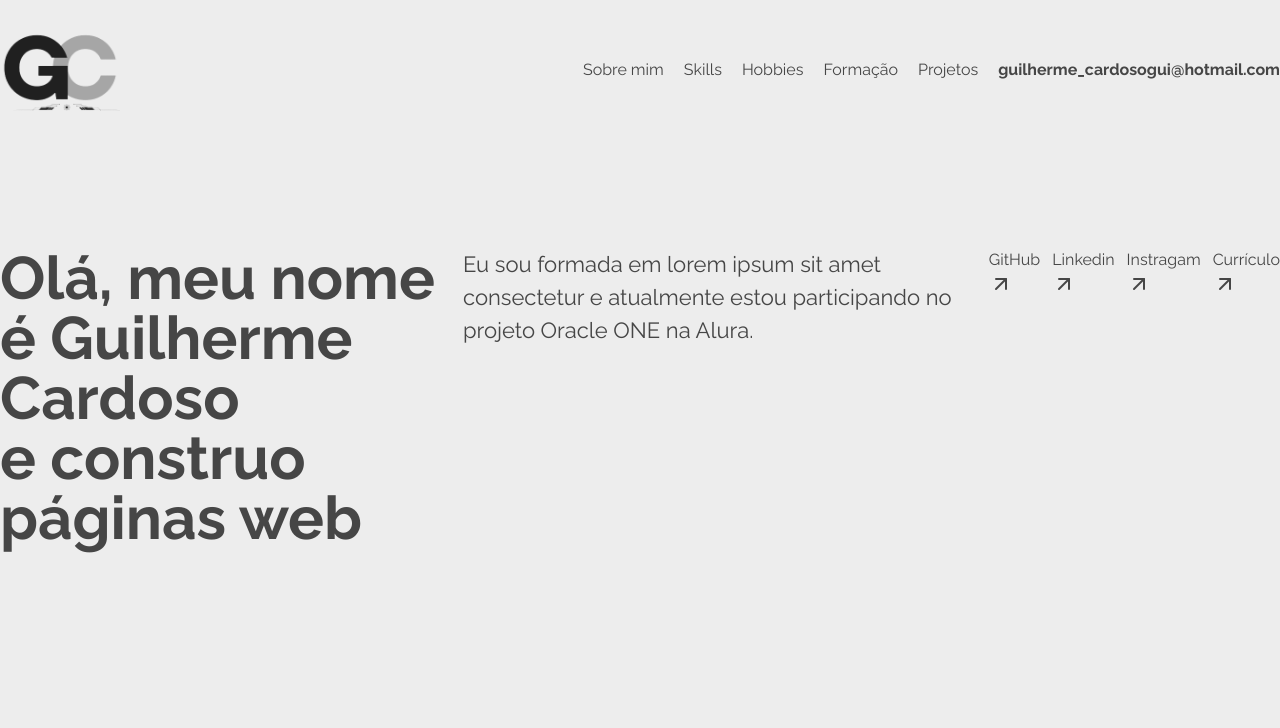
Repository: guilhermecardoso93/portfolio-alura-desafio
Page: /
These files come from the project's save history. The page is drawn as it stood at one moment and after the next save; the edit follows.
The browser window is 1280 px wide. The pictures show the whole page.
The project was rebuilt for these pictures with package versions that can differ from the ones it lists, and the page was loaded fresh each time. Also part of the build but not shown: vite.config.js.

Above is the page before, as saved 2024-04-06 20:10:37.

### index.html
<!DOCTYPE html>
<html lang="en">
  <head>
    <meta charset="UTF-8" />
    <link rel="icon" type="image/png" href="/logo.png" />
    <link rel="preconnect" href="https://fonts.googleapis.com" />
    <link rel="preconnect" href="https://fonts.gstatic.com" crossorigin />
    <link
      href="https://fonts.googleapis.com/css2?family=Inter:wght@400;500;600;700&family=Raleway:ital,wght@0,100..900;1,100..900&display=swap"
      rel="stylesheet"
    />
    <meta name="viewport" content="width=device-width, initial-scale=1.0" />
    <title>Alura Desafio</title>
  </head>
  <body class="bg-[#EDEDED] text-[#464646] antialiased">
    <div id="root"></div>
    <script type="module" src="/src/main.jsx"></script>
  </body>
</html>

### src/App.jsx
import { Hero } from "./components/hero";
import { Navbar } from "./components/navbar";

export function App() {
  return (
    <div className="max-w-[1416px] mx-auto py-5">
      <Navbar />
      <Hero />
    </div>
  );
}

### src/components/hero.jsx
import { ArrowUpRight } from "lucide-react";

export function Hero() {
  return (
    <main className="py-32">
      <div className="flex gap-7">
        <h1 className="text-6xl font-bold pb-8">
          Olá, meu nome é Guilherme Cardoso
          <br /> e construo páginas web
        </h1>
        <span className="font-normal text-[22px]">
          Eu sou formada em lorem ipsum sit amet consectetur e atualmente estou
          participando no projeto Oracle ONE na Alura.
        </span>
        <ul className="flex flex-row gap-3">
          <li>
            <a>
              GitHub
              <ArrowUpRight />
            </a>
          </li>
          <li>
            <a>
              Linkedin
              <ArrowUpRight />
            </a>
          </li>
          <li>
            <a>
              Instragam
              <ArrowUpRight />
            </a>
          </li>
          <li>
            <a>
              Currículo
              <ArrowUpRight />
            </a>
          </li>
        </ul>
      </div>
      <img src="" alt="" />
    </main>
  );
}

### src/components/navbar.jsx
import Logo from "../assets/logo.png";

export function Navbar() {
  return (
    <nav className="w-full flex flex-row justify-between itens-center">
      <img src={Logo} alt="logotipo GC" className="w-[120px] h-[100px]" />
      <ul className="flex items-center gap-5">
        <li>
          <a href="/">Sobre mim</a>
        </li>
        <li>
          <a href="/">Skills</a>
        </li>
        <li>
          <a href="/">Hobbies</a>
        </li>
        <li>
          <a href="/">Formação</a>
        </li>
        <li>
          <a href="/">Projetos</a>
        </li>
        <li className="font-bold">
          <a href="/">guilherme_cardosogui@hotmail.com</a>
        </li>
      </ul>
    </nav>
  );
}

### tailwind.config.js
/** @type {import('tailwindcss').Config} */
export default {
  content: ["./index.html", "./src/**/*.{js,ts,jsx,tsx}"],
  theme: {
    extend: {},
    fontFamily: {
      sans: ['"Raleway"', "system-ui"],
      serif: ["ui-serif", "Georgia"],
      mono: ["ui-monospace", "SFMono-Regular"],
      display: ["Oswald"],
      body: ['"Open Sans"'],
    },
  },
  plugins: [],
};

Loaded but not shown: src/main.jsx (common file); src/index.css (common file)

After the next save:
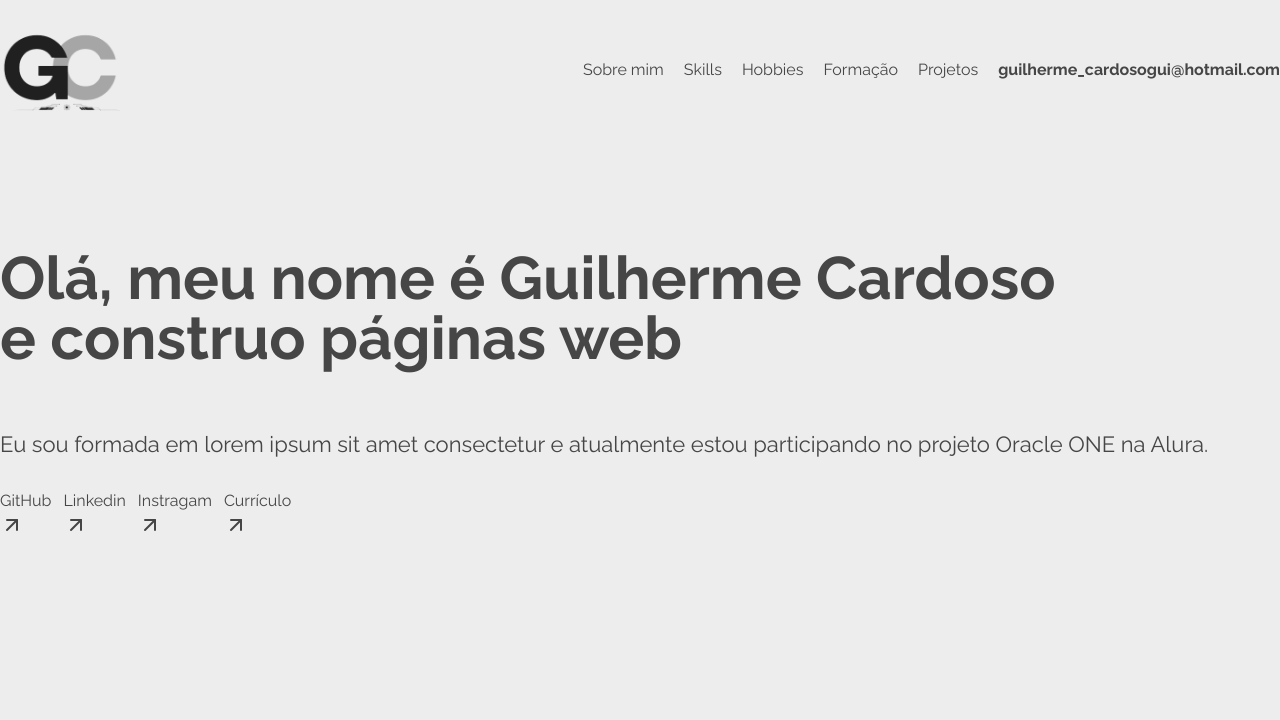
Saved 10 s later.
--- a/src/components/hero.jsx
+++ b/src/components/hero.jsx
@@ -3,7 +3,7 @@
 export function Hero() {
   return (
     <main className="py-32">
-      <div className="flex gap-7">
+      <div className="flex flex-col gap-7">
         <h1 className="text-6xl font-bold pb-8">
           Olá, meu nome é Guilherme Cardoso
           <br /> e construo páginas web
